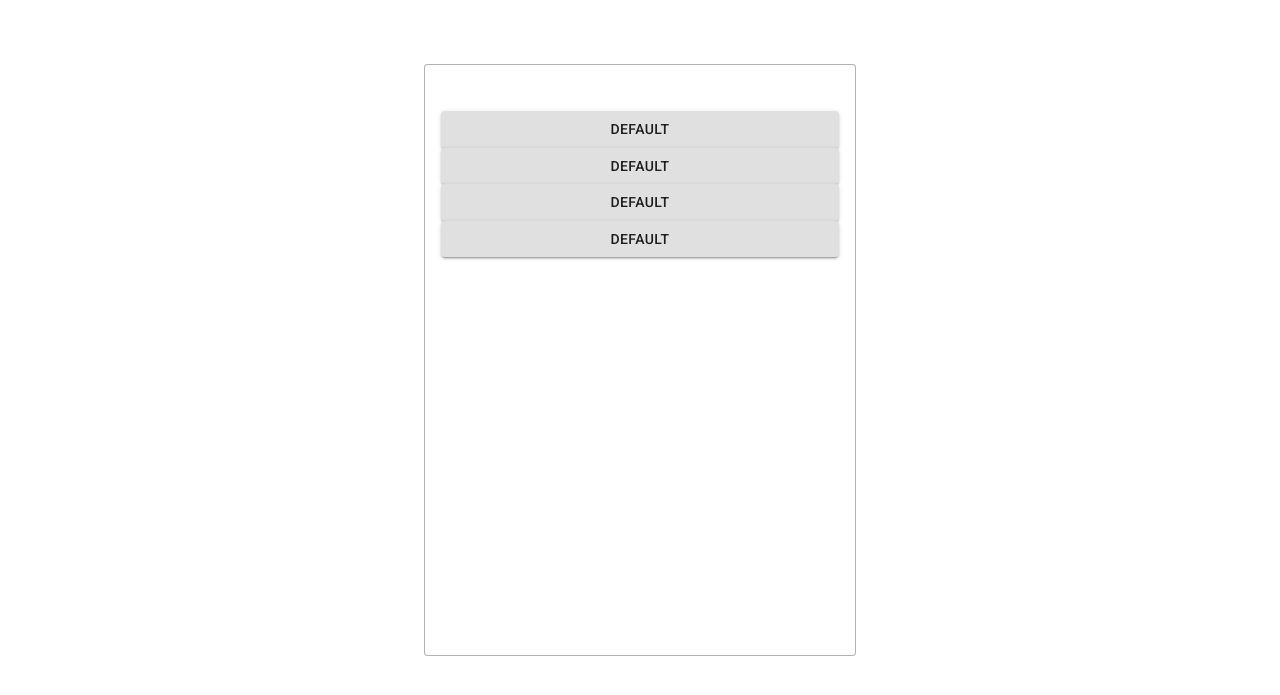
Repository: ShunsukeTanizaki/chatbot-demo
Page: /
The author's editor kept a copy of each file at every save. The page is drawn from the files as they stood at one save, then again after the next save.
The browser window is 1280 px wide. The pictures show the whole page.
The project was rebuilt for these pictures with package versions that can differ from the ones it lists, and the page was loaded fresh each time.

Above is the page before, as saved 2020-10-19 23:46:02.

### public/index.html
<!DOCTYPE html>
<html lang="en">
  <head>
    <meta charset="utf-8" />
    <link rel="icon" href="%PUBLIC_URL%/favicon.ico" />
    <meta name="viewport" content="width=device-width, initial-scale=1" />
    <meta name="theme-color" content="#000000" />
    <meta
      name="description"
      content="Web site created using create-react-app"
    />
    <link rel="apple-touch-icon" href="%PUBLIC_URL%/logo192.png" />
    <link rel="manifest" href="%PUBLIC_URL%/manifest.json" />
    <link rel="stylesheet" href="https://fonts.googleapis.com/css?family=Roboto:300,400,500,700&display=swap" />
    <link rel="stylesheet" href="https://fonts.googleapis.com/icon?family=Material+Icons" />
    <title>Chatbot DEMO</title>
  </head>
  <body>
    <noscript>You need to enable JavaScript to run this app.</noscript>
    <div id="root"></div>
  </body>
</html>

### src/index.js
import React from 'react';
import ReactDOM from 'react-dom';
import './assets/styles/index.css';
import App from './App';
import * as serviceWorker from './serviceWorker';

ReactDOM.render(
  <React.StrictMode>
    <App />
  </React.StrictMode>,
  document.getElementById('root')
);

// If you want your app to work offline and load faster, you can change
// unregister() to register() below. Note this comes with some pitfalls.
// Learn more about service workers: https://bit.ly/CRA-PWA
serviceWorker.unregister();

### src/App.jsx
import React from 'react';
import defaultDataset from './dataset'
import './assets/styles/style.css';
import { AnswersList } from './components/index'

export default class App extends React.Component {
    constructor(props) {
        super(props);
        this.state = {
            answers: [],
            chats: [],
            currentId: "init",
            dataset: defaultDataset,
            open: false
        }
    }

    render() {
        return (
            <section className="c-section">
                <div className="c-box">
                    <AnswersList />
                </div>
            </section>
        );
    }
}

### src/dataset.js
const defaultDataset = {
    "init": {
        answers: [
            {content: "仕事を依頼したい", nextId: "job_offer"},
            {content: "エンジニアのキャリアについて相談したい", nextId: "consultant"},
            {content: "学習コミュニティについて知りたい", nextId: "community"},
            {content: "お付き合いしたい", nextId: "dating"},
        ],
        question: "こんにちは！🐯トラハックへのご用件はなんでしょうか？",
    },
    "job_offer": {
        answers: [
            {content: "Webサイトを制作してほしい", nextId: "website"},
            {content: "Webアプリを開発してほしい", nextId: "webapp"},
            {content: "自動化ツールを作ってほしい", nextId: "automation_tool"},
            {content: "その他", nextId: "other_jobs"}
        ],
        question: "どのようなお仕事でしょうか？",
    },
    "website": {
        answers: [
            {content: "問い合わせる", nextId: "contact"},
            {content: "最初の質問に戻る", nextId: "init"}
        ],
        question: "Webサイト細作についてですね。コチラからお問い合わせできます。",
    },
    "webapp": {
        answers: [
            {content: "問い合わせる", nextId: "contact"},
            {content: "最初の質問に戻る", nextId: "init"}
        ],
        question: "Webアプリ開発についてですね。コチラからお問い合わせできます。",
    },
    "automation_tool": {
        answers: [
            {content: "問い合わせる", nextId: "contact"},
            {content: "最初の質問に戻る", nextId: "init"}
        ],
        question: "自動化ツール開発についてですね。コチラからお問い合わせできます。",
    },
    "other_jobs": {
        answers: [
            {content: "問い合わせる", nextId: "contact"},
            {content: "最初の質問に戻る", nextId: "init"}
        ],
        question: "その他についてですね。コチラからお問い合わせできます。",
    },
    "consultant": {
        answers: [
            {content: "YouTubeで動画を見る", nextId: "https://www.youtube.com/channel/UC-bOAxx-YOsviSmqh8COR0w"},
            {content: "学習コミュニティについて知りたい", nextId: "community"},
            {content: "最初の質問に戻る", nextId: "init"}
        ],
        question: "トラハックは普段からYouTubeでキャリアについて発信しています。また、僕が運営するエンジニア向け学習コミュニティ内でも相談に乗っていますよ。",
    },
    "community": {
        answers: [
            {content: "どんな活動をしているの？", nextId: "community_activity"},
            {content: "コミュニティに参加したい", nextId: "https://torahack.web.app/community/"},
            {content: "最初の質問に戻る", nextId: "init"}
        ],
        question: "2020年3月から学習コミュニティを始めました！🎉Webエンジニアへの転職を目指す人向けに、プログラミングを教えたりキャリアの相談に乗っています。",
    },
    "community_activity": {
        answers: [
            {content: "さらに詳細を知りたい", nextId: "https://youtu.be/tIzE7hUDbBM"},
            {content: "コミュニティに参加したい", nextId: "https://torahack.web.app/community/"},
            {content: "最初の質問に戻る", nextId: "init"}
        ],
        question: "フロントエンド向けの教材の提供、キャリアや勉強法に関するメルマガの配信、週1のオンライン作業会などを開催しています！\n詳細はYouTube動画で紹介しています。",
    },
    "dating": {
        answers: [
            {content: "DMする", nextId: "https://twitter.com/torahack_"},
            {content: "最初の質問に戻る", nextId: "init"}
        ],
        question: "まずは一緒にランチでもいかがですか？DMしてください😘",
    },
}

export default defaultDataset

### src/assets/styles/style.css
.c-section {
    position: relative;
    height: 100vh;
    width: 100%;
}

.c-box {
    background: #fff;
    border: 1px solid rgba(0,0,0,0.3);
    border-radius: 4px;
    box-sizing: border-box;
    height: 592px;
    max-width: 432px;
    padding: 0 1rem;
    width: 100%;

    /* Vertical and horizontal center alignment */
    position: absolute;
    top: 50%;
    left: 50%;
    transform: translate(-50%, -50%);
}

.c-grid__answer {
    display: flex;
    flex-flow: column;
    justify-content: flex-end;
    height: 192px;
}

.p-chat__bubble {
    background: #41B6E6;
    border-radius: 4px;
    color: #fff;
    font-size: 14px;
    font-weight: 500;
    padding: .5rem;
    margin-right: 1rem;
    max-width: 80%;
    width: auto;
}

.p-chat__row {
    display: flex;
    flex-direction: row;
    justify-content: flex-start;
    padding-right: 0 !important;
}

.p-chat__reverse {
    display: flex;
    flex-direction: row-reverse;
    justify-content: flex-end;
    padding-right: 0 !important;
}

.p-question__title {
    font-size: 1.25rem;
    font-weight: 600;
    margin: 0 0 1rem 0;
}

.p-question__description {
    font-size: 1rem;
    letter-spacing: .125rem;
    line-height: 1.7;
}

### src/components/index.js
export {default as AnswersList} from './AnswersList'
export {default as Answer} from './Answer'

### src/components/AnswersList.jsx
import React from "react";
import { Answer } from './index'

const AnswersList = () => {
    return (
        <div className="c-grid__answer">
            <Answer />
            <Answer />
            <Answer />
            <Answer />
        </div>
    )
}

export default AnswersList

### src/components/Answer.jsx
import React from 'react'
import { makeStyles } from '@material-ui/core/styles'
import Button from '@material-ui/core/Button'

const useStyles = makeStyles((theme) => ({
    root: {

    },
}));

const Answer = () => {
    // const classes = useStyles();
    return (
        <Button variant="contained">Default</Button>
    )
}

export default Answer

Loaded but not shown: src/assets/styles/index.css (common file); src/serviceWorker.js (common file)

After the next save:
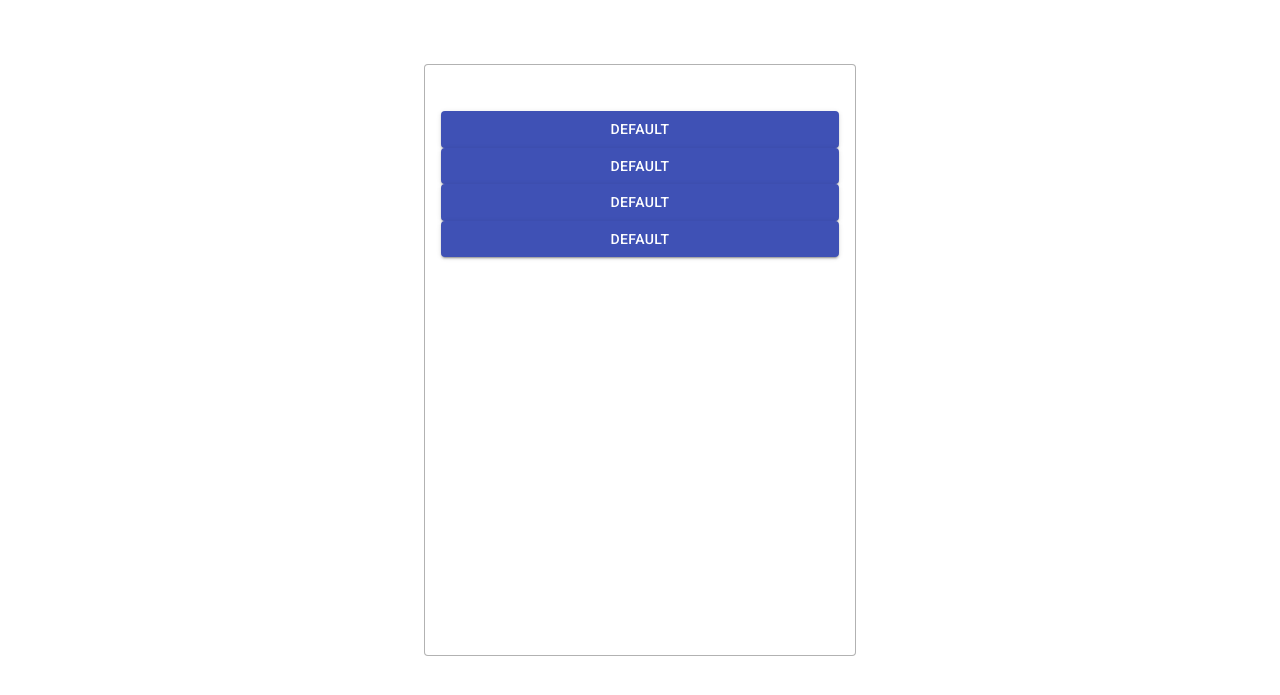
Saved 9 s later.
--- a/src/components/Answer.jsx
+++ b/src/components/Answer.jsx
@@ -11,7 +11,7 @@
 const Answer = () => {
     // const classes = useStyles();
     return (
-        <Button variant="contained">Default</Button>
+        <Button variant="contained" color="primary" >Default</Button>
     )
 }
 
